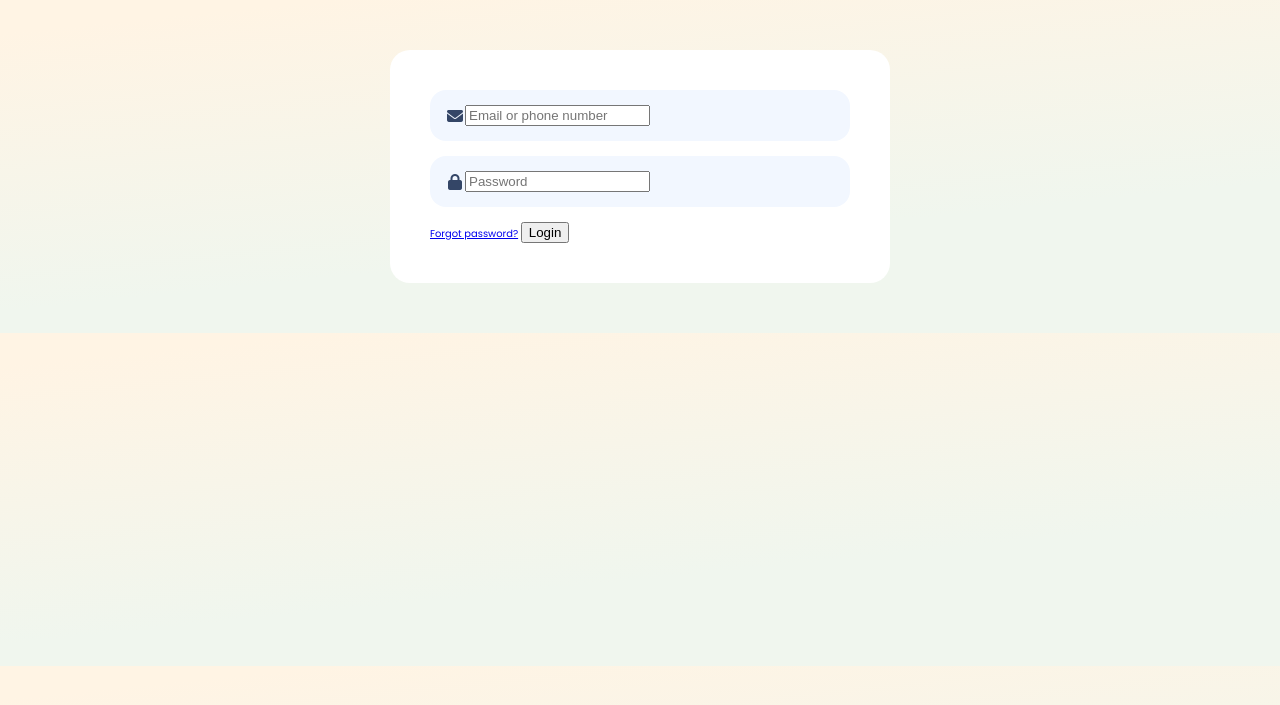
Repository: VuTuanAnh0949/loginForm
Page: index.html
An editor plug-in stored every save of this project. The page is shown before and after the next save, followed by the edit.
The browser window is 1280 px wide. The pictures show the whole page.

Above is the page before, as saved 2022-04-15 20:44:13.

After the next save:
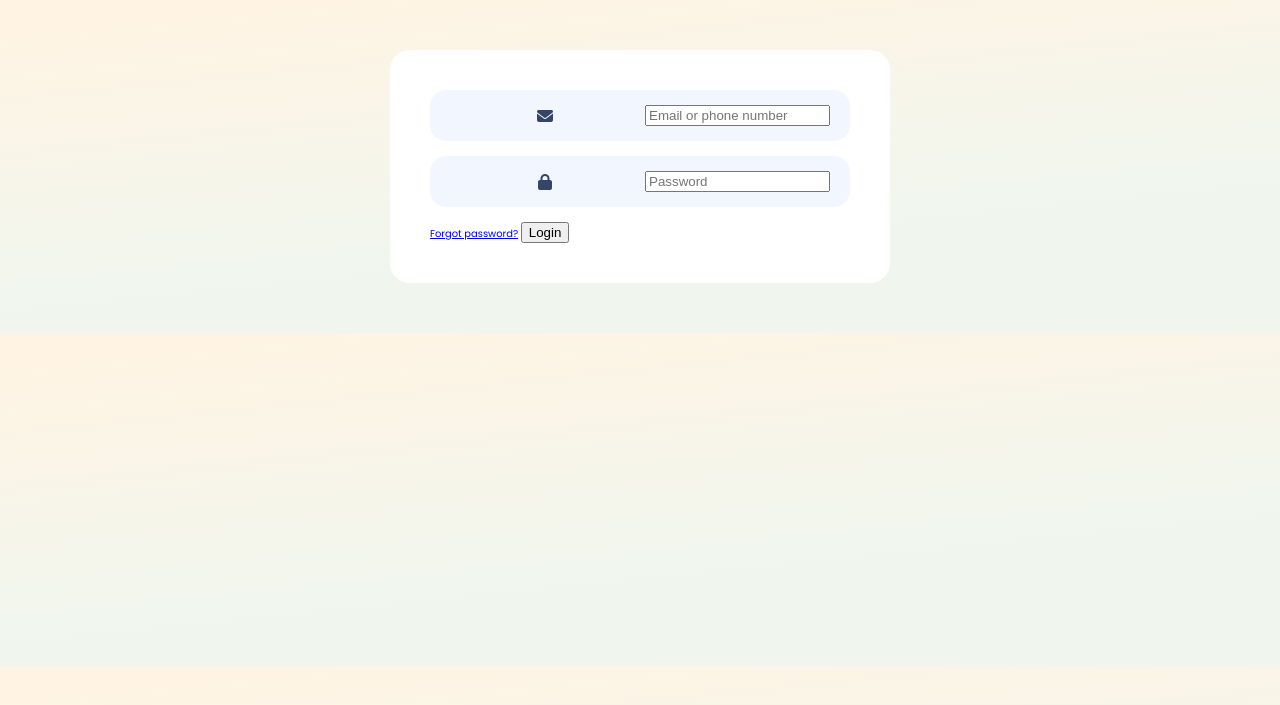
Saved 32 s later.
--- a/style.css
+++ b/style.css
@@ -26,6 +26,6 @@
 .login-icon{
   color: #344667;
   font-size: 16px;
-  width: 20px;
+  width: 200px;
   text-align: center;
 }

After the save that followed:
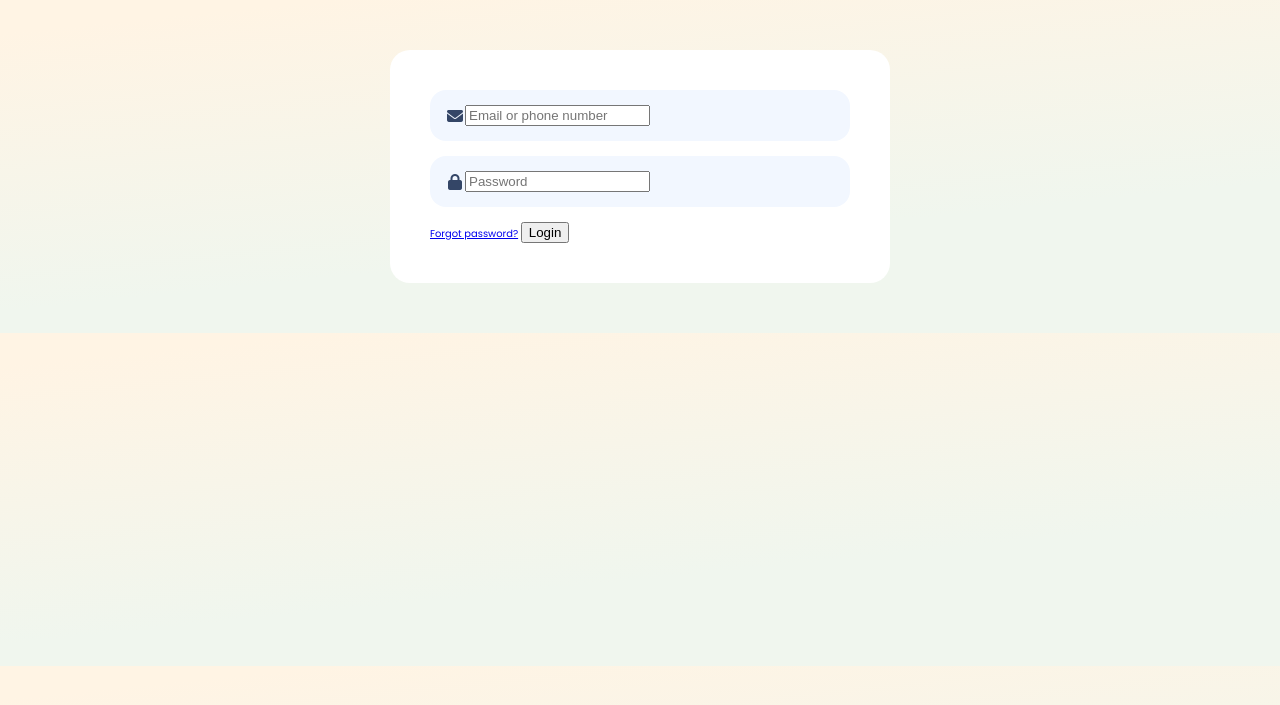
Saved 5 s later.
--- a/style.css
+++ b/style.css
@@ -26,6 +26,6 @@
 .login-icon{
   color: #344667;
   font-size: 16px;
-  width: 200px;
+  width: 20px;
   text-align: center;
 }
